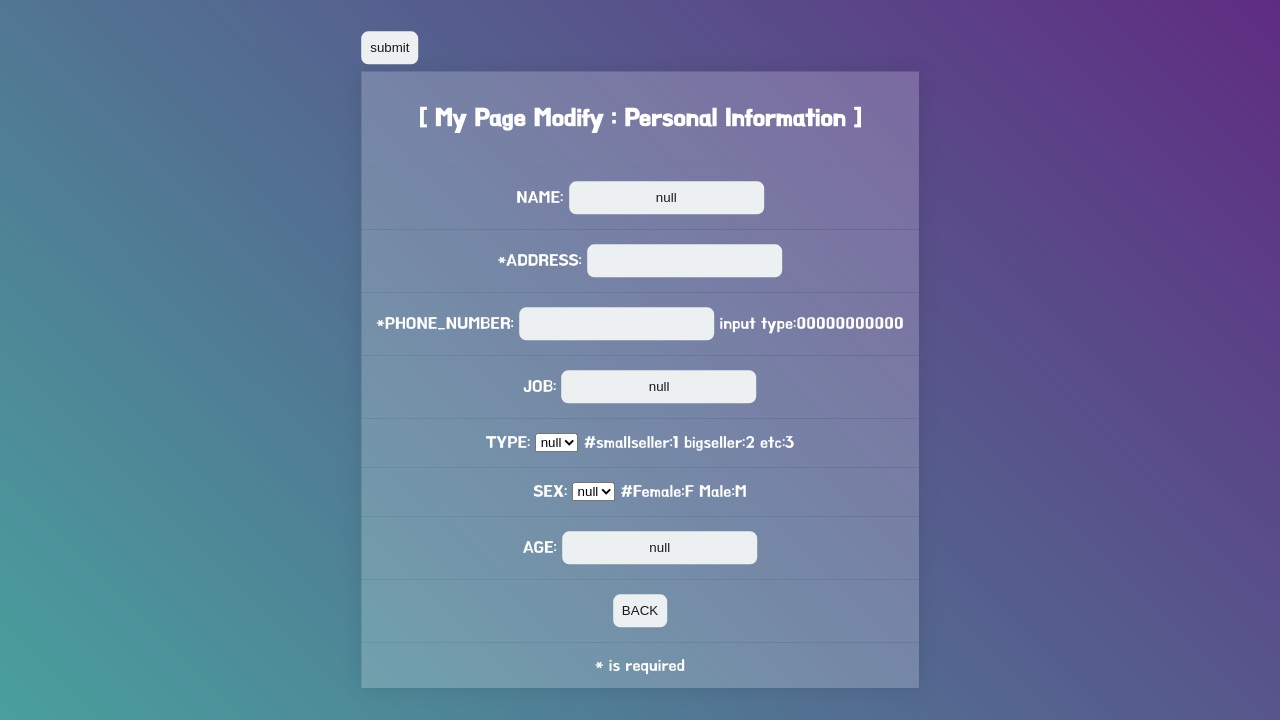
Repository: MIR013/KNU_DB_Project_Team5
Page: dbphase/Databaase/WebContent/my_page_personal.html
The author's editor kept a copy of each file at every save. The page is drawn from the files as they stood at one save, then again after the next save.
The browser window is 1280 px wide. The pictures show the whole page.

Above is the page before, as saved 2018-11-22 10:58:08.

After the next save:
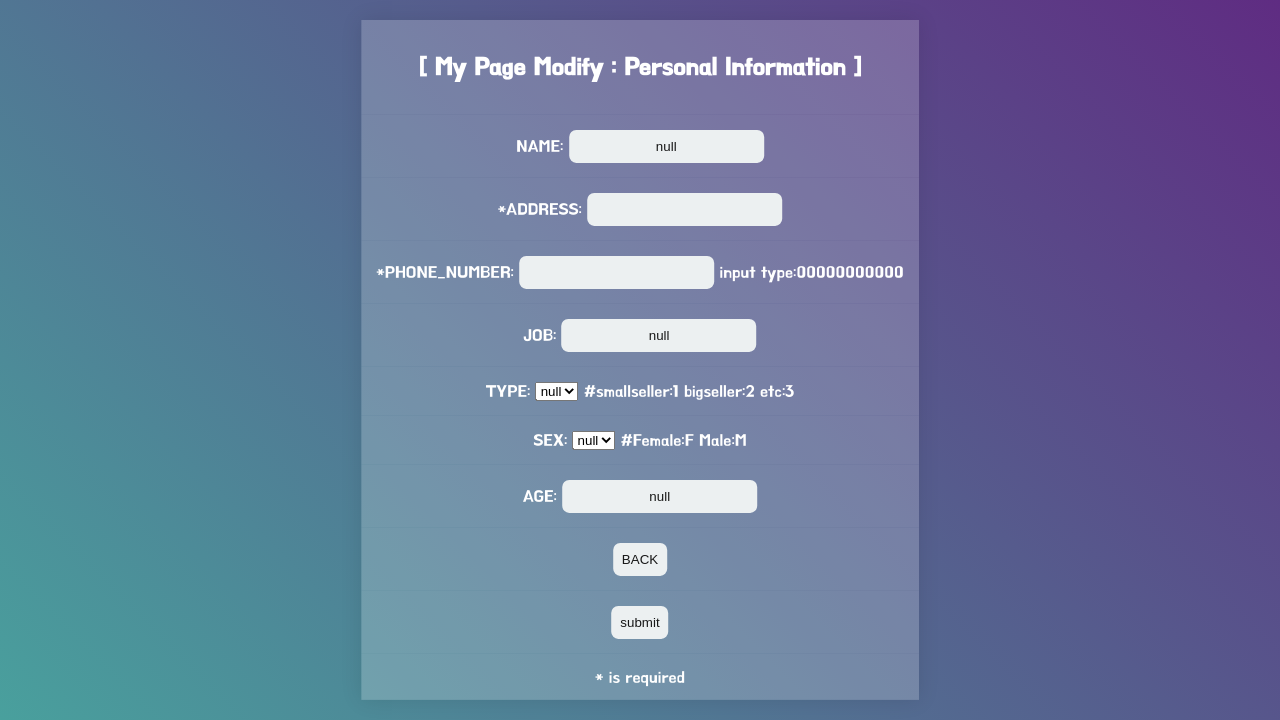
Saved 14 s later.
--- a/dbphase/Databaase/WebContent/my_page_personal.html
+++ b/dbphase/Databaase/WebContent/my_page_personal.html
@@ -43,7 +43,7 @@
 			</tr>
 			<tr>
 				<td><form action="my_page.html" method="POST"><input type="submit" value="BACK"/></td></tr></form>
-				<input type="submit" value="submit"/> </td>
+				<td><input type="submit" value="submit"/> </td>
 			</tr>
 			<tr>
 				<td> * is required </td>
